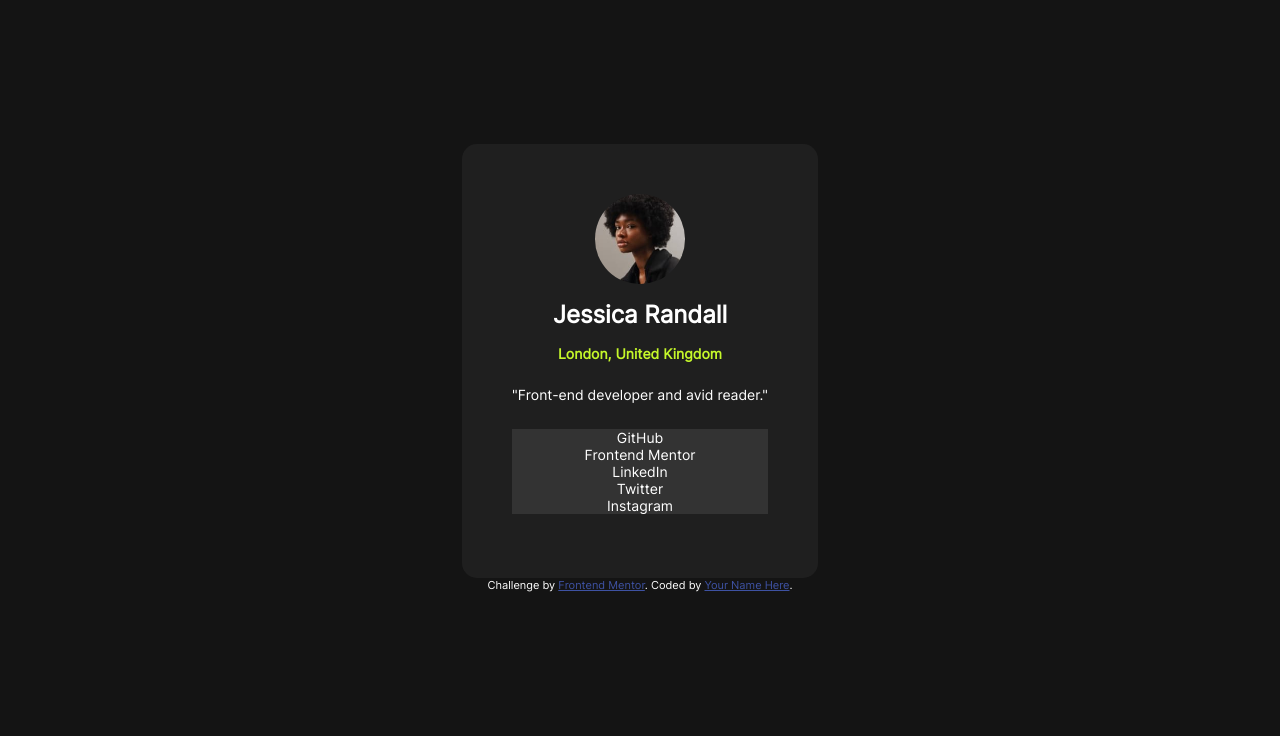
Repository: RudyJ/social-links-profile
Page: index.html
An editor plug-in stored every save of this project. The page is shown before and after the next save, followed by the edit.
The browser window is 1280 px wide. The pictures show the whole page.

Above is the page before, as saved 2024-04-02 20:04:49.

### index.html
<!DOCTYPE html>
<html lang="en">

  <head>
    <meta charset="UTF-8">
    <meta name="viewport" content="width=device-width, initial-scale=1.0">
    <!-- displays site properly based on user's device -->

    <link rel="icon" type="image/png" sizes="32x32" href="./assets/images/favicon-32x32.png">

    <title>Frontend Mentor | Social links profile</title>

    <link rel="stylesheet" href="./assets/css/style.css" />
    <!-- Feel free to remove these styles or customise in your own stylesheet 👍 -->
    <style>
      .attribution {
        font-size: 11px;
        text-align: center;
      }

      .attribution a {
        color: hsl(228, 45%, 44%);
      }

    </style>
  </head>

  <body>

    <div class="card">
      <div class="imagem">
        <img src="./assets/images/avatar-jessica.jpeg" />
      </div>
      <h1>Jessica Randall</h1>
      <h2>London, United Kingdom</h2>
      <p>"Front-end developer and avid reader."</p>
      <ul>
        <li>
          <a href="#">GitHub</a>
        </li>
        <li>
          <a href="#">Frontend Mentor</a>
        </li>
        <li>
          <a href="#">LinkedIn</a>
        </li>
        <li>
          <a href="#">Twitter</a>
        </li>
        <li>
          <a href="#">Instagram</a>
        </li>
      </ul>
    </div>

    <div class="attribution">
      Challenge by <a href="https://www.frontendmentor.io?ref=challenge" target="_blank">Frontend Mentor</a>.
      Coded by <a href="#">Your Name Here</a>.
    </div>
  </body>

</html>

### assets/css/style.css
@font-face {
    font-family: 'Inter';
    src: url('../fonts/static/Inter-Regular.ttf');
    font-weight: 400;
}


body {
    background-color: hsl(0, 0%, 8%);
    color: hsl(0, 0%, 100%);
    display: flex;
    flex-direction: column;
    align-items: center;
    justify-content: center;
    height: 100vh;
    overflow: hidden;
    font-family: 'Inter';
    font-weight: 400;
    font-size: 14px;
}


body .card {
    background-color: hsl(0, 0%, 12%);
    padding:  50px;
    box-sizing: border-box;
    border-radius: 15px;
    text-align: center;
}

body .card .imagem {
    width: 35%;
    border-radius: 50%;
    overflow: hidden;
    display: block;
    margin: auto;
}

body .card .imagem img {
    width: 100%;
    display: block;
}


body .card h1 {
    font-size: 24px;
}
body .card h2 {
    color: hsl(75, 94%, 57%);
    font-size: 14px;
    margin-bottom: 24px;
}
body .card p {
    font-size: 14px;
    margin-bottom: 26px;
}

body .card ul {
    list-style: none;
    padding-left: 0;
}

body .card ul li {}

body .card ul li a {
    background-color: hsl(0, 0%, 20%);
    color: hsl(0, 0%, 100%);
    text-decoration: none;
    display: block;
}

After the next save:
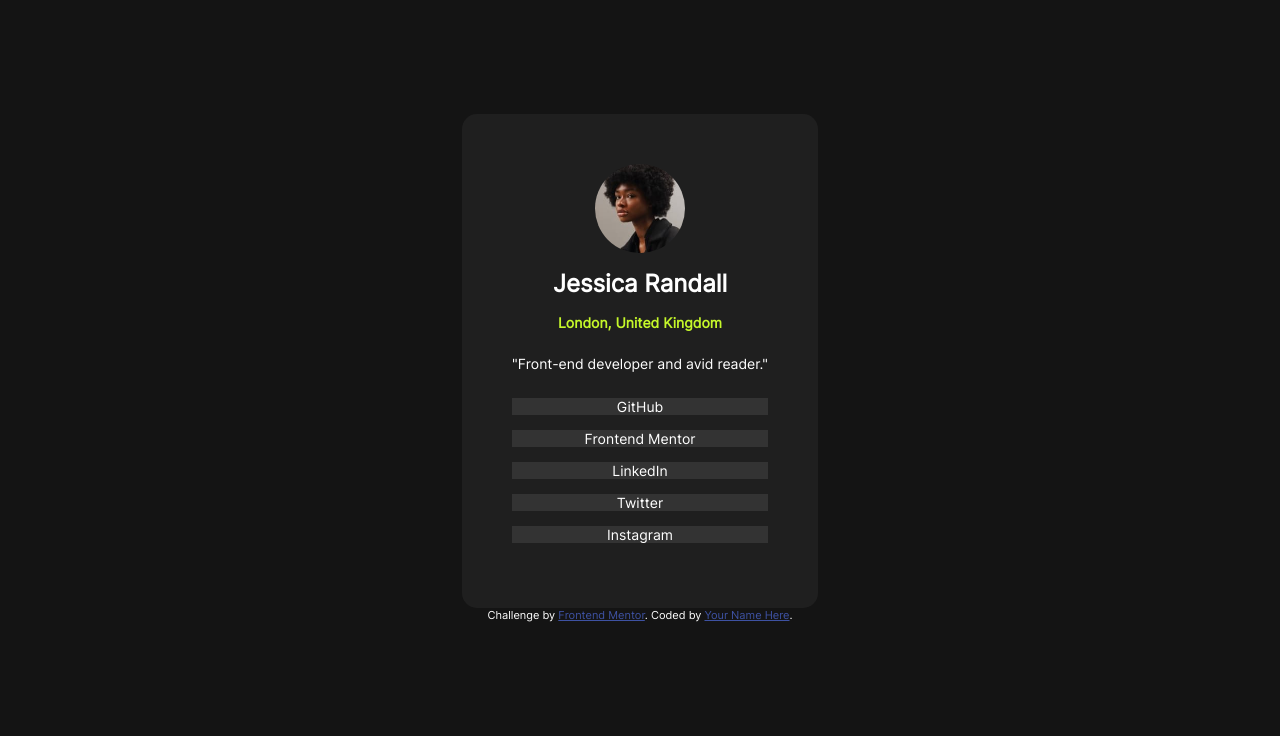
Saved 54 s later.
--- a/assets/css/style.css
+++ b/assets/css/style.css
@@ -60,7 +60,9 @@ body .card ul {
     padding-left: 0;
 }
 
-body .card ul li {}
+body .card ul li {
+    margin-bottom: 15px;
+}
 
 body .card ul li a {
     background-color: hsl(0, 0%, 20%);
